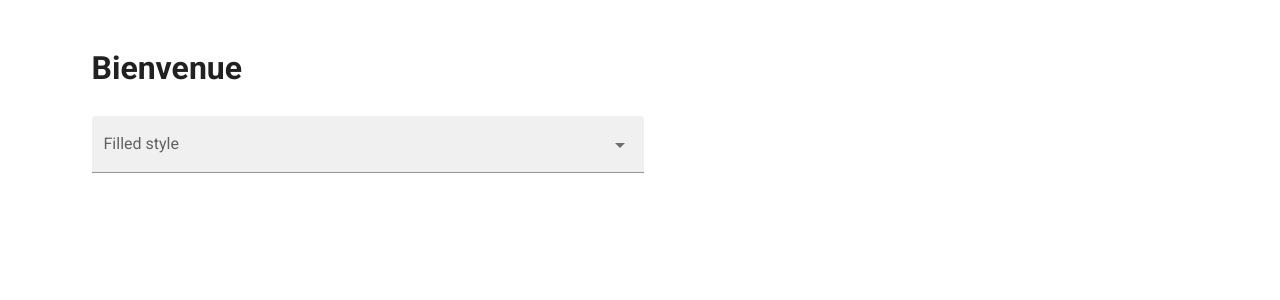
Repository: SidneyHodieb/myc
Page: /
An editor plug-in stored every save of this project. The page is shown before and after the next save, followed by the edit.
The browser window is 1280 px wide. The pictures show the whole page.
The project was rebuilt for these pictures with package versions that can differ from the ones it lists, and the page was loaded fresh each time. Also part of the build but not shown: vue.config.js.

Above is the page before, as saved 2021-04-01 23:02:52.

After the next save:
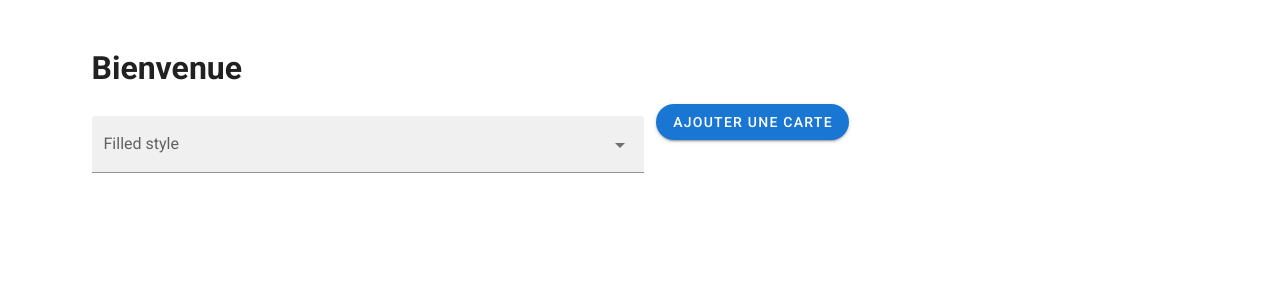
Saved 74 s later.
--- a/src/views/Home.vue
+++ b/src/views/Home.vue
@@ -13,6 +13,15 @@
           label="Filled style"
         ></v-select>
       </v-col>
+      <div class="text-center">
+    <v-btn
+      rounded
+      color="primary"
+      dark
+    >
+      Ajouter une carte
+    </v-btn>
+  </div>
     </v-row>
   </v-container>
 </template>
